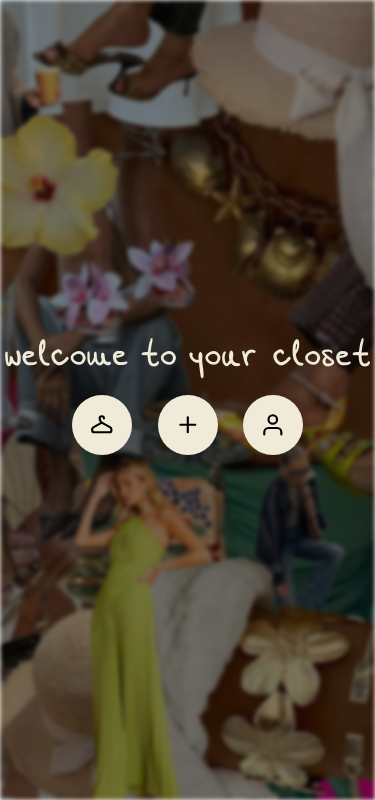
Repository: karla-sikavica/theCloset
Page: /home (app in frontend/)
The author's editor kept a copy of each file at every save. The page is drawn from the files as they stood at one save, then again after the next save.
The browser window is 375 px wide. The pictures show the whole page.
The project was rebuilt for these pictures with package versions that can differ from the ones it lists, and the page was loaded fresh each time. Also part of the build but not shown: frontend/vite.config.ts, frontend/src/components/css/GoogleButton.module.css, frontend/src/components/ui/GoogleButton.tsx, frontend/src/components/ui/GoogleLogin.tsx, frontend/src/pages/css/Login.module.css, frontend/src/pages/Login.tsx, frontend/src/pages/css/Loading.module.css, frontend/src/pages/Loading.tsx and 12 more.

Above is the page before, as saved 2025-04-24 15:32:05.

### frontend/src/main.tsx
import { StrictMode } from "react";
import { createRoot } from "react-dom/client";
import "./index.css";
import App from "./App.tsx";
import { LoadingProvider } from "./hooks/LoadingContext.tsx";
import { UserProvider } from "./hooks/UserContext.tsx";

createRoot(document.getElementById("root")!).render(
  <StrictMode>
    <LoadingProvider>
      <UserProvider>
        <App />
      </UserProvider>
    </LoadingProvider>
  </StrictMode>
);

### frontend/src/index.css
@font-face {
  font-family: 'Kalla';
  src: url('/fonts/Kalla.ttf') format('truetype');
  font-weight: 400;
  font-style: normal;
}

@font-face {
  font-family: 'Playwright';
  src: url('/fonts/PlaywritePE-VariableFont_wght.ttf') format('truetype');
  font-weight: 400;
  font-style: normal;
}

:root {
  font-family: 'Kalla', 'Times New Roman', Avenir, Helvetica, Arial, sans-serif;
  line-height: 50px;
  font-weight: 400;
  display: block;


  font-synthesis: none;
  text-rendering: optimizeLegibility;
  -webkit-font-smoothing: antialiased;
  -moz-osx-font-smoothing: grayscale;
}

/* Sakrij scroll bar na svim elementima */
* {
  scrollbar-width: none; /* Firefox */
  -ms-overflow-style: none;  /* Internet Explorer 10+ */
}

*::-webkit-scrollbar {
  display: none; /* Chrome, Safari, Edge, Opera */
}

### frontend/src/App.tsx
import { BrowserRouter as Router, Routes, Route } from "react-router-dom";
import "./App.css";
import Login from "./pages/Login";
import Collage from "./components/ui/Collage";
import Loading from "./pages/Loading";
import { useLoading } from "./hooks/LoadingContext";
import Home from "./pages/Home";
import AppLayout from "./pages/AppLayout";
import Add from "./pages/Add";
import Closet from "./pages/Closet";
import Profile from "./pages/Profile";

function App() {
  const { loading } = useLoading();

  return (
    <Router>
      {loading && <Loading />}
      <Collage />
      <div className="main-content">
        <Routes>
          <Route path="/" element={<Login />} />
          <Route path="/login" element={<Login />} />
          <Route path="/home" element={<Home />} />

          <Route path="/" element={<AppLayout />}>
            <Route path="add" element={<Add />} />
            <Route path="closet" element={<Closet />} />
            <Route path="profile" element={<Profile />} />
          </Route>
        </Routes>
      </div>
    </Router>
  );
}

export default App;

### frontend/src/hooks/LoadingContext.tsx
import { createContext, useContext, useState } from "react";

const LoadingContext = createContext<{
  loading: boolean;
  setLoading: (value: boolean) => void;
}>({
  loading: false,
  setLoading: () => {},
});

export const LoadingProvider = ({
  children,
}: {
  children: React.ReactNode;
}) => {
  const [loading, setLoading] = useState(false);
  return (
    <LoadingContext.Provider value={{ loading, setLoading }}>
      {children}
    </LoadingContext.Provider>
  );
};

export const useLoading = () => useContext(LoadingContext);

### frontend/src/hooks/UserContext.tsx
import React, {
  createContext,
  useContext,
  useState,
  ReactNode,
  useEffect,
} from "react";
import { User } from "../types";
// Firebase modular imports
import { getAuth, getIdToken } from "firebase/auth";
import { app } from "../firebase";

interface UserContextType {
  user: User | null;
  setUser: (user: User | null) => void; // Function to update the user
}

// Create the context with default value as null (no user initially)
const UserContext = createContext<UserContextType | undefined>(undefined);

// Define the provider component that will wrap your app
interface UserProviderProps {
  children: ReactNode;
}

export const UserProvider: React.FC<UserProviderProps> = ({ children }) => {
  const [user, setUser] = useState<User | null>(null); // Initialize user state

  useEffect(() => {
    const fetchCurrentUser = async () => {
      try {
        const auth = getAuth(app); // Get Firebase Auth instance
        const currentUser = auth.currentUser;

        if (currentUser) {
          // Get the ID token of the currently logged-in user
          const idToken = await getIdToken(currentUser);
          if (idToken) {
            // Make the API call to get the current user
            const response = await fetch(
              "http://localhost:8080/users/current",
              {
                method: "GET",
                headers: {
                  Authorization: `Bearer ${idToken}`,
                },
              }
            );

            if (!response.ok) {
              throw new Error("Failed to fetch current user");
            }

            const data = await response.json();
            setUser(data); // Set the user data in context
          }
        }
      } catch (error) {
        console.error("Error fetching current user:", error);
      }
    };

    fetchCurrentUser(); // Call the function to fetch the current user on mount
  }, []); // Empty dependency array means it runs once when the component mounts

  return (
    <UserContext.Provider value={{ user, setUser }}>
      {children}
    </UserContext.Provider>
  );
};

// Custom hook to use the UserContext in any component
export const useUserContext = () => {
  const context = useContext(UserContext);
  if (!context) {
    throw new Error("useUserContext must be used within a UserProvider");
  }
  return context;
};

### frontend/src/App.css
#root {
  margin: 0 auto;
/*   padding: 2rem;
 */  text-align: center;
}

body {
  color:#f0ebd8  ;
  text-shadow: 2px 2px 4px rgba(0, 0, 0, 0.5);
}

body, html, #root {
  margin: 0;
  padding: 0;
  height: 100%;
  width: 100%;
  overflow: hidden;
}

/* Optional: to make sure your app content appears above the collage */
.main-content {
  z-index: 10;

   position: relative;
  /*pointer-events: auto;
  height: 100%; */
}

/*
body::before {
  content: "";
  position: fixed;
  top: 0;
  left: 0;
  width: 100vh;
  height: 100vw;
  background-image: url("/images/download.jpeg");
  background-repeat: no-repeat;
  background-size: cover;
  background-position: center;
  transform: rotate(270deg) translate(-100vh, 0);
  transform-origin: top left;
  z-index: -1;
}

body::after {
  content: "";
  position: fixed;
  top: 0;
  left: 0;
  width: 100vw;
  height: 100vh;
  /* background: rgba(50, 30, 10, 0.6); */
/*   z-index: -1;
 *//* */

### frontend/src/components/ui/Collage.tsx
/* import "../css/Collage.css";

type CollageImage = {
  src: string;
  top: string;
  left: string;
  width: string;
  rotate?: string;
  zIndex?: number;
};

const collageConfig: CollageImage[] = [
  {
    src: "/images/collage.jpg",
    top: "0%",
    left: "0%",
    width: "100%",
    rotate: "0deg",
    zIndex: 2,
  },
];

const Collage: React.FC = () => {
  return (
    <div className="collage-background">
      {collageConfig.map((img, index) => (
        <img
          key={index}
          src={img.src}
          alt={`collage-img-${index}`}
          className="collage-img"
          style={{
            top: img.top,
            left: img.left,
            width: img.width,
            transform: `rotate(${img.rotate || "0deg"})`,
            zIndex: img.zIndex || 0,
          }}
        />
      ))}
    </div>
  );
};

export default Collage;

/*
const Collage: React.FC = () => {
  const containerRef = useRef<HTMLDivElement>(null);

  useEffect(() => {
    const container = containerRef.current;
    if (!container) return;

    const imgs = container.querySelectorAll("img");
    imgs.forEach((img) => {
      const x = Math.random() * 100;
      const y = Math.random() * 100;
      const rotate = Math.random() * 20 - 10; // rotate between -10 and +10 degrees
      const z = Math.floor(Math.random() * 10); // random z-index

      img.style.top = `${y}vh`;
      img.style.left = `${x}vw`;
      img.style.transform = `rotate(${rotate}deg)`;
      img.style.zIndex = z.toString();
    });
  }, []);

  return (
    <div className="collage-background" ref={containerRef}>
      {[...Array(imageCount)].map((_, index) => (
        <img
          key={index}
          src={`/images/photo%20(${index + 1}).png`}
          alt={`collage-img-${index}`}
          className="collage-img"
        />
      ))}
    </div>
  );
};

export default Collage; */

import "../css/Collage.css";

const Collage: React.FC = () => {
  return <div className="collage-background"></div>;
};

export default Collage;

### frontend/src/pages/Home.tsx
import { useNavigate } from "react-router-dom";
import HomeButton from "../components/ui/HomeButton";
import { LuPlus } from "react-icons/lu";
import { TbHanger } from "react-icons/tb";
import { FiUser } from "react-icons/fi";
import styles from "./css/Home.module.css";

const Home = () => {
  const navigate = useNavigate();

  return (
    <div className={styles.homeContainer}>
      <div className={styles.welcomeDiv}>welcome to your closet</div>

      <div className={styles.navButtonsContainer}>
        <HomeButton
          onClick={() => {
            navigate("/closet");
          }}
        >
          <TbHanger />
        </HomeButton>
        <HomeButton
          onClick={() => {
            navigate("/add");
          }}
        >
          <LuPlus />
        </HomeButton>
        <HomeButton
          onClick={() => {
            navigate("/profile");
          }}
        >
          <FiUser />
        </HomeButton>
      </div>
    </div>
  );
};

export default Home;

### frontend/src/firebase.ts
import { initializeApp } from "firebase/app";
import { getAuth, GoogleAuthProvider  } from "firebase/auth";
import { getStorage } from "firebase/storage"; // ➕ ovo dodaš

//import { getAnalytics } from "firebase/auth";

const firebaseConfig = {
  apiKey: "AIzaSyAbHQdx6UcrnGOItmjSgqMahJKQc3tssx8",
  authDomain: "thecloset-7ba5e.firebaseapp.com",
  projectId: "thecloset-7ba5e",
/*   storageBucket: "thecloset-7ba5e.appspot.app",
 */  storageBucket: "thecloset-7ba5e.firebasestorage.app",

  messagingSenderId: "77195632073",
  appId: "1:77195632073:web:69fd94b7e825471e71dc18",
  measurementId: "G-8GEFS4DWQG"
};

// Initialize Firebase
export const app = initializeApp(firebaseConfig);
export const auth = getAuth(app);
export const googleProvider = new GoogleAuthProvider();
export const storage = getStorage(app); // ➕ ovo dodaš za spremanje slika



//const analytics = getAnalytics(app);

### frontend/src/components/css/Collage.css
.collage-background {
    position: fixed; /* Fiksira pozadinu */
    top: 0;
    left: 0;
    width: 100vw;
    height: 100vh;

    background-image: url('/images/collage.jpg'); /* Postavi pozadinsku sliku */
    background-size: cover; /* Pokrije cijeli ekran */
    background-position: center; /* Centrira sliku */
    background-repeat: no-repeat; /* Sprječava ponavljanje slike */
    background-attachment: fixed; /* Fiksira sliku prilikom skrolanja */
    filter:  blur(2px) brightness(0.5);

}

### frontend/src/components/ui/HomeButton.tsx
import "../css/HomeButton.css";

interface Props {
  children: React.ReactNode;
  onClick: () => void;
}

const HomeButton = ({ children, onClick }: Props) => {
  return (
    <button onClick={onClick} className="homeButton">
      {children}
    </button>
  );
};

export default HomeButton;

### frontend/src/pages/css/Home.module.css
.homeContainer{
    display: flex;
    justify-content: center;
    align-items: center;
    flex-direction: column;
    height: 100vh;
    width: 100vw;
}

.navButtonsContainer{
    display: flex;
    flex-direction: row;
}

.welcomeDiv{
    font-size: 3rem;
}

/* centrirani gumbi */
.navButtonsContainerCenter {
    display: flex;
    justify-content: center;
    gap: 1.5rem;
  }

  /* gumbi na dnu */
  .navButtonsContainerBottom {
    display: flex;
    justify-content: center;
    gap: 1.5rem;
    position: fixed;
    bottom: 2rem;
    left: 50%;
    transform: translateX(-50%);
    z-index: 10;
  }

  /* welcome poruka */
  .welcomeDiv {
    text-align: center;
  }

  /* bež okvir u sredini */
  .contentBox {
    width: 80%;
    height: 400px;
    margin: 2rem auto;
    background-color: #f0ebd8;
    border-radius: 20px;
    box-shadow: 0 5px 10px rgba(0, 0, 0, 0.1);
    padding: 2rem;
    text-align: center;
    animation: fadeIn 0.5s ease;
    font-size: 4rem;
/*     color: #463730;
 */    color: #3a2618;
    text-shadow: none;
  }

  /* animacija */
  @keyframes fadeIn {
    from {
      opacity: 0;
      transform: translateY(10px);
    }
    to {
      opacity: 1;
      transform: translateY(0);
    }
  }

### frontend/src/pages/css/Add.css
/* Generalne postavke za telo stranice */
body {
    font-family: 'Kalla', sans-serif;
    height: 100vh;
    font-size: 1.3rem;
    text-shadow: none;
  }

  /* Container koji sadrži formu */
  .AddContainer {
    display: flex;
    justify-content: center;
    align-items: center;
    flex-direction: column;
    padding: 20px;
    border-radius: 8px;
    box-shadow: 0 4px 8px rgba(0, 0, 0, 0.1);
    width: 100%;
    height: 100%;
    box-sizing: border-box;
  }

  /* Naslov forme */
  .titleContainer {
    text-align: center;
    margin-bottom: 40px;
  }

  .title {
    font-weight: bold;
    color: #333;
    margin: 0;
  }

  p{
    margin: 0;
  }

  /* Informativni tekst iznad forme */
  .formTypeContainer {
    text-align: center;
  }

  .formTypeContainer p {
    color: #777;
  }

  .formContainer {
    display: flex;
    flex-direction: row;
    justify-content: center;
    align-items: center;
    gap: 15px;
    height: 50%;
    width: 80%;
  }

  /* Label za svaki input */
  label {
    font-size: 3rem;
    font-weight: 600;
    color: #333;
  }

  /* Input i select polja */
  input[type="text"],
  input[type="number"],
  input[type="file"],
  select {
    padding: 2px 5px;
    border: 1px solid #ccc;
    border-radius: 50px;
    max-width: 40%;
    font-family: 'Kalla', sans-serif;
    font-size: 1.3rem;
    box-sizing: border-box;
    text-transform: lowercase;
  }

  input[type="text"]:focus,
  input[type="number"]:focus,
  select:focus {
    outline: none;
    border-color: #ff1493;
    box-shadow: 0 0 5px rgba(52, 152, 219, 0.2);
    text-transform: lowercase;

  }

  /* Stajling za dugme za submit */
  .submitButton {
    font-family: 'Kalla', sans-serif;
    padding: 8px;
    background-color: #ff1493;
    color: white;
    border: none;
    border-radius: 50px;
    cursor: pointer;
    transition: background-color 0.3s ease;
    width: 100px;
    box-sizing: border-box;
    font-size: 20px;
  }

  .submitButton:hover {
    background-color: #ea1285;
  }



  /* Razmak između inputa za bolju preglednost */
  input[type="text"]:focus,
  input[type="number"]:focus {
    border-color: #ff4d6d;
  }

  /* Flexbox container za boje */
  .colorsContainer {
    display: flex;
    gap: 10px;
    flex-wrap: wrap;
  }

  /* Stil za input za boje */
  .colorsContainer input {
    width: 30%;
    min-width: 150px;
    max-width: 160px;
  }

  /* input[type="file"] {
    border: 1px solid #ccc;
    border-radius: 5px;
  }

  input[type="file"]:focus {
    border-color: #ff1493;
    box-shadow: 0 0 5px rgba(52, 152, 219, 0.2);
  }

  .file-upload-wrapper {
    display: flex;
    align-items: center;
  }

  .file-upload-label {
    background-color: #ff1493;
    font-size: 14px;
    color: white;
    border-radius: 12px;
    cursor: pointer;
    box-shadow: 0 4px 10px rgba(0, 0, 0, 0.15);
    transition: background-color 0.3s ease;
  }

  .file-upload-label:hover {
    background-color: #e01280;
  }

  .hidden-file-input {
    display: none;
  }

  .image-preview {
    margin-top: 1rem;
    display: flex;
    justify-content: center;
  }

  .preview-img {
    max-width: 200px;
    border-radius: 12px;
    box-shadow: 0 6px 16px rgba(0, 0, 0, 0.15);
    object-fit: cover;
  }
   */

   .file-upload-wrapper {
    display: flex;
    justify-content: center;
    align-items: center;
    margin-top: 1rem;
  }

  .file-upload-label {
    width: 250px;
    height: 250px;
    border: 2px dashed #ccc;
    border-radius: 12px;
    display: flex;
    justify-content: center;
    align-items: center;
    color: #888;
    font-size: 14px;
    cursor: pointer;
    transition: border-color 0.3s ease, background-color 0.3s ease;
    position: relative;
    overflow: hidden;
    background-color: #fff;
  }

  .file-upload-label:hover {
    border-color: #ff1493;
    background-color: #fdf2f8;
  }

  .hidden-file-input {
    display: none;
  }

  .preview-img {
    width: 100%;
    height: 100%;
    object-fit: cover;
    border-radius: 12px;
    position: absolute;
    top: 0;
    left: 0;
  }

  .color-options-container {
    display: flex;
    flex-wrap: wrap;
    gap: 10px;
    margin-bottom: 16px;
  }

  .color-option {
    display: flex;
    align-items: center;
    gap: 6px;
    padding: 2px 5px;
    border: 2px solid #ccc;
    border-radius: 10px;
    background-color: #fefefe;
    cursor: pointer;
    font-size: 14px;
    text-transform: lowercase;

    transition: all 0.2s ease;
    user-select: none;
  }

  /* sakriva checkbox ali zadržava funkcionalnost */
  .color-option input[type="checkbox"] {
    display: none;
  }

  .color-square {
    width: 18px;
    height: 18px;
    border: 1px solid #aaa;
    border-radius: 4px;
    display: inline-block;
  }

  /* kad je odabrano */
  .color-option.selected {
    border-color: #ff1493; /* ljubičasto-plavi border */
    background-color: #ff149121;
    font-weight: 600;
  }

  .toggleColorsButton {
    background-color: white;
    font-family: 'Kalla';
    padding: 4px 8px;
    font-size: 1.3rem;
    border-radius: 50px;
    border: none;
    margin-bottom: 10px;
    cursor: pointer;
    transition: background-color 0.2s ease;
  }

  .toggleColorsButton:hover {
    border: #ff1493 2px;
  }

  .price-input-wrapper {
    position: relative;
    display: inline-block;
    width: 100%;
  }

  .price-input-wrapper input {
    width: 100%;
    font-size: 1rem;
    font-weight: 500;
    box-sizing: border-box;
  }

  .price-input-wrapper .euro-symbol {
    position: absolute;
    right: 10px;
    top: 50%;
    transform: translateY(-50%);
    color: #666;
    font-size: 1rem;
    pointer-events: none; /* da ne blokira klikove na input */
  }

### frontend/src/pages/css/Closet.css
* {
  box-sizing: border-box;
}


.card-container {
    display: flex;
    justify-content: center;
    padding: 1rem;
    background-color: eggshell; /* light grey background like Bootstrap */
  }

  .card {
    background-color: #fff;
    border: 1px solid #dee2e6; /* soft gray border */
    border-radius: 0.5rem;     /* classic bootstrap rounded corners */
    box-shadow: 0 0.125rem 0.25rem rgba(0, 0, 0, 0.075); /* bootstrap-style shadow */
    overflow: hidden;
    transition: transform 0.2s ease-in-out, box-shadow 0.2s ease-in-out;
  }

  .card:hover {
    transform: translateY(-4px);
    box-shadow: 0 0.5rem 1rem rgba(0, 0, 0, 0.15);
  }

  .image-div {
    width: 100%;
    aspect-ratio: 7/8; /* more classic card layout */
    background-color: #e9ecef;
    overflow: hidden;
  }

  .img {
    width: 100%;
    height: 100%;
    object-fit: cover;
    transition: transform 0.3s ease;
  }

  .card-body {
    text-align: center;
  }

  .body-div {
    font-size: 1.2rem;
    color: #373737;
    line-height: 1;
    padding-top: 4px;
  }
  /*
  .card-body p:last-child {
    font-size: 0.9rem;
    margin-bottom: 0;
  } */

  .card-div {
    display: grid;
    grid-template-columns: repeat(3, 1fr); /* Default: mobile */
    gap: 0.5rem;
    max-width: 1200px;
    width: 100%;
  }

  @media screen and (min-width: 430px) {
    .card-div {
      grid-template-columns: repeat(5, 1fr); /* Larger screens: 5 columns */
      gap: 0.7rem;
  }
    .card-container{
      padding: 1.5rem;
    }
  }

### frontend/src/components/css/HomeButton.css
.homeButton {
    width: 60px;
    height: 60px;
    border-radius: 50%;
    border: none;
    background-color: #f0ebd8;
    display: flex;
    align-items: center;
    justify-content: center;
    margin: 0.7rem 0.8rem;
    cursor: pointer;
    transition: background-color 0.3s ease, transform 0.2s ease;
    font-size: 1.6rem;
    box-shadow: 0 4px 10px rgba(0, 0, 0, 0.1);
  }

  .homeButton:hover {
    background-color: #dcd6bd;
    transform: scale(1.05);
  }

Loaded but not shown: frontend/index.html (common file)

After the next save:
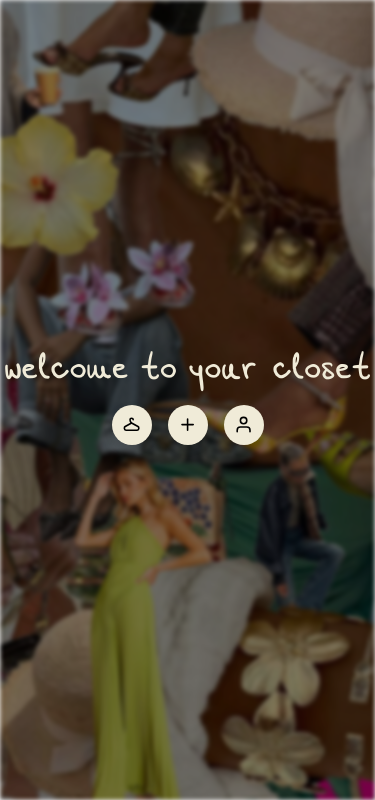
Saved 108 s later.
--- a/frontend/src/components/css/HomeButton.css
+++ b/frontend/src/components/css/HomeButton.css
@@ -18,3 +18,21 @@
     background-color: #dcd6bd;
     transform: scale(1.05);
   }
+
+  @media (max-width: 768px) {
+    .homeButton {
+      width: 50px;
+      height: 50px;
+      font-size: 1.4rem;
+      margin: 0.6rem 0.6rem;
+    }
+  }
+
+  @media (max-width: 425px) {
+    .homeButton {
+      width: 40px;
+      height: 40px;
+      font-size: 1.2rem;
+      margin: 0.5rem 0.5rem;
+    }
+  }
